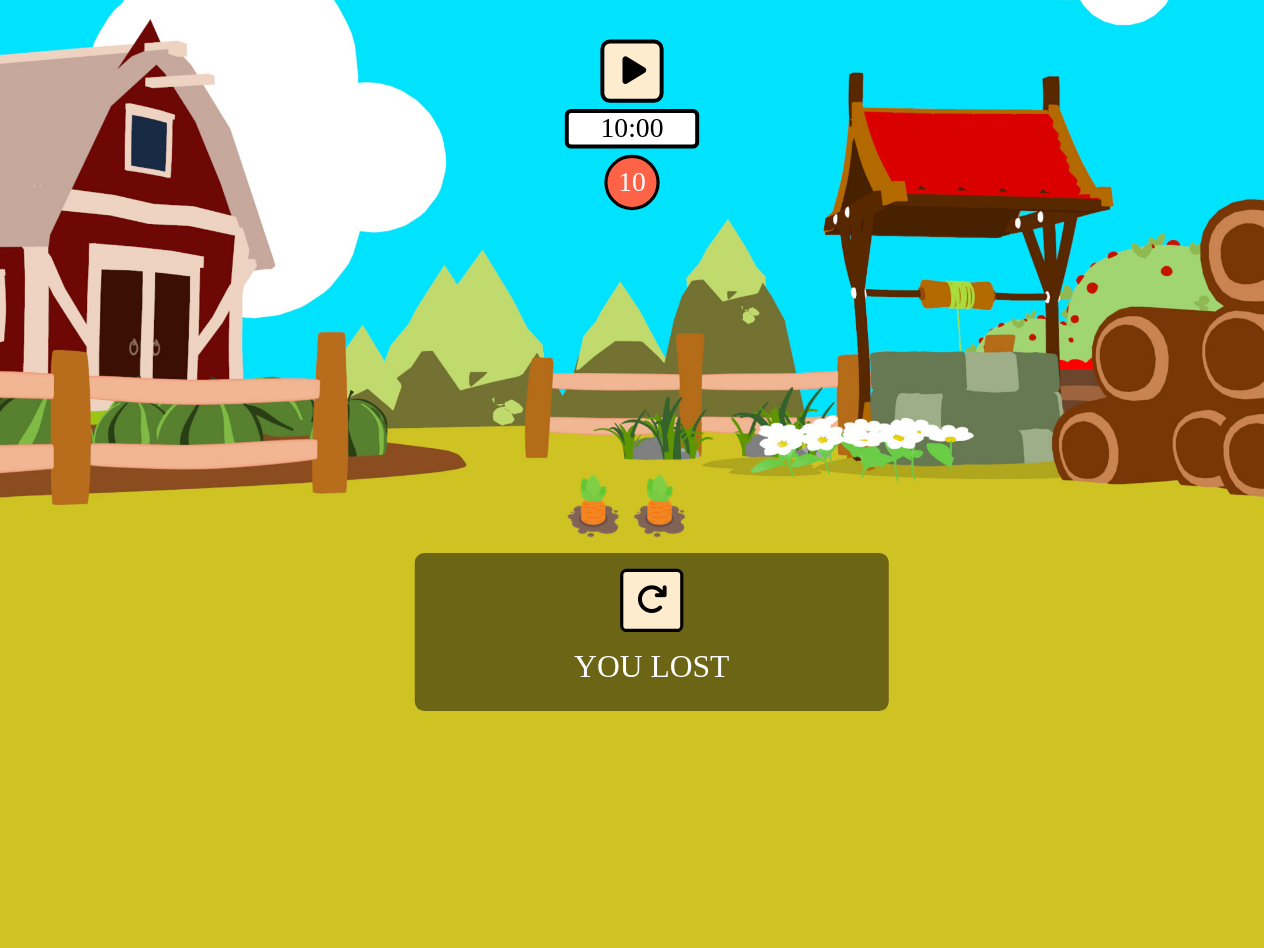
Repository: keehoonjung/Bug-Game
Page: index.html
These files come from the project's save history. The page is drawn as it stood at one moment and after the next save; the edit follows.
The browser window is 1280 px wide. The page is 1600 px wide, so the pictures cover 1600 px, including what lies to the right of the window. The pictures show the whole page, at 79% of full size.
Some web libraries are served in a nearby version.

Above is the page before, as saved 2021-08-10 11:15:16.

After the next save:
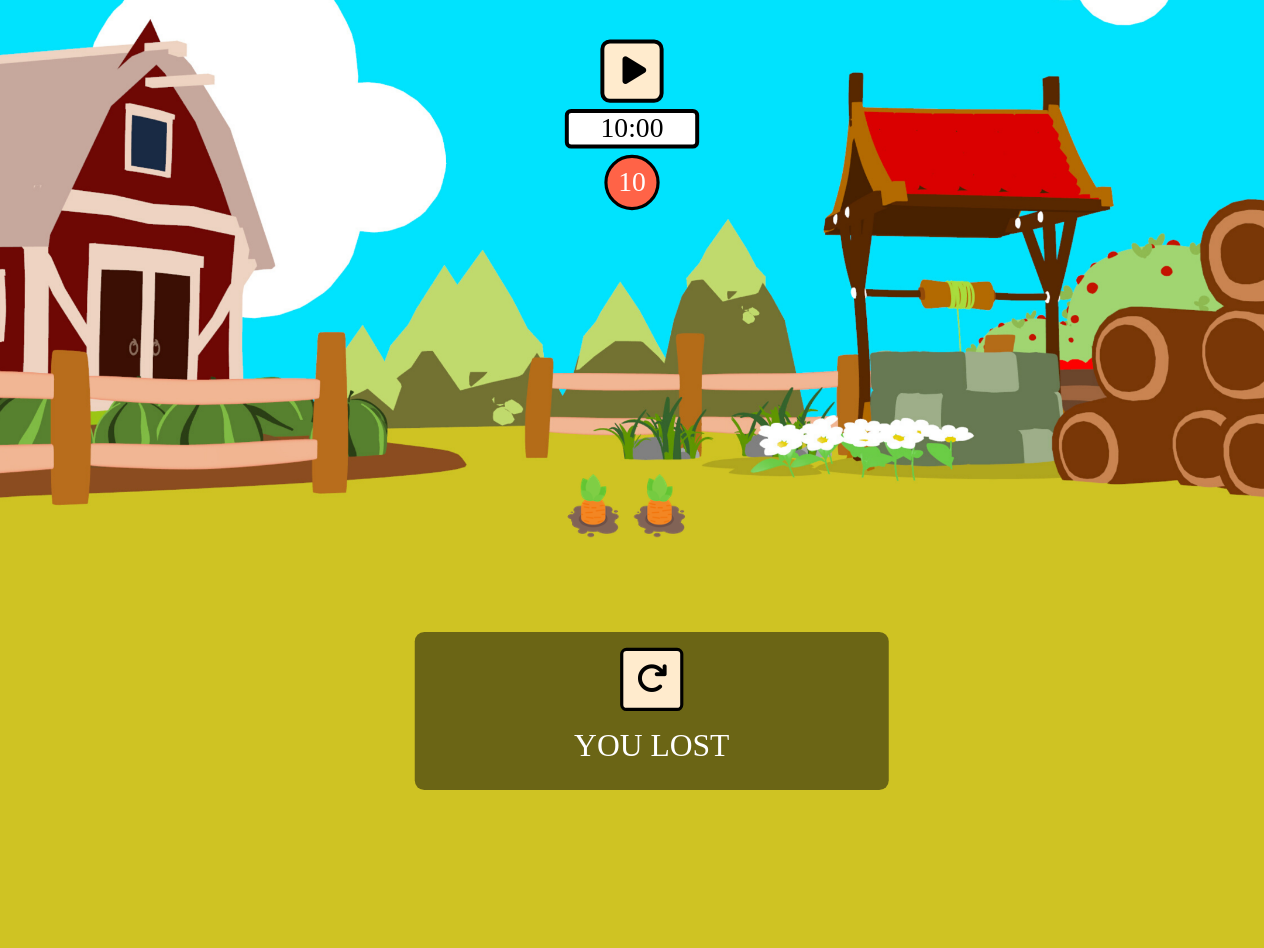
Saved 11 s later.
--- a/style.css
+++ b/style.css
@@ -60,7 +60,7 @@ body {
 
 .popup {
   position: absolute;
-  top: 700px;
+  top: 800px;
   left: 525px;
   width: 600px;
   height: 200px;
